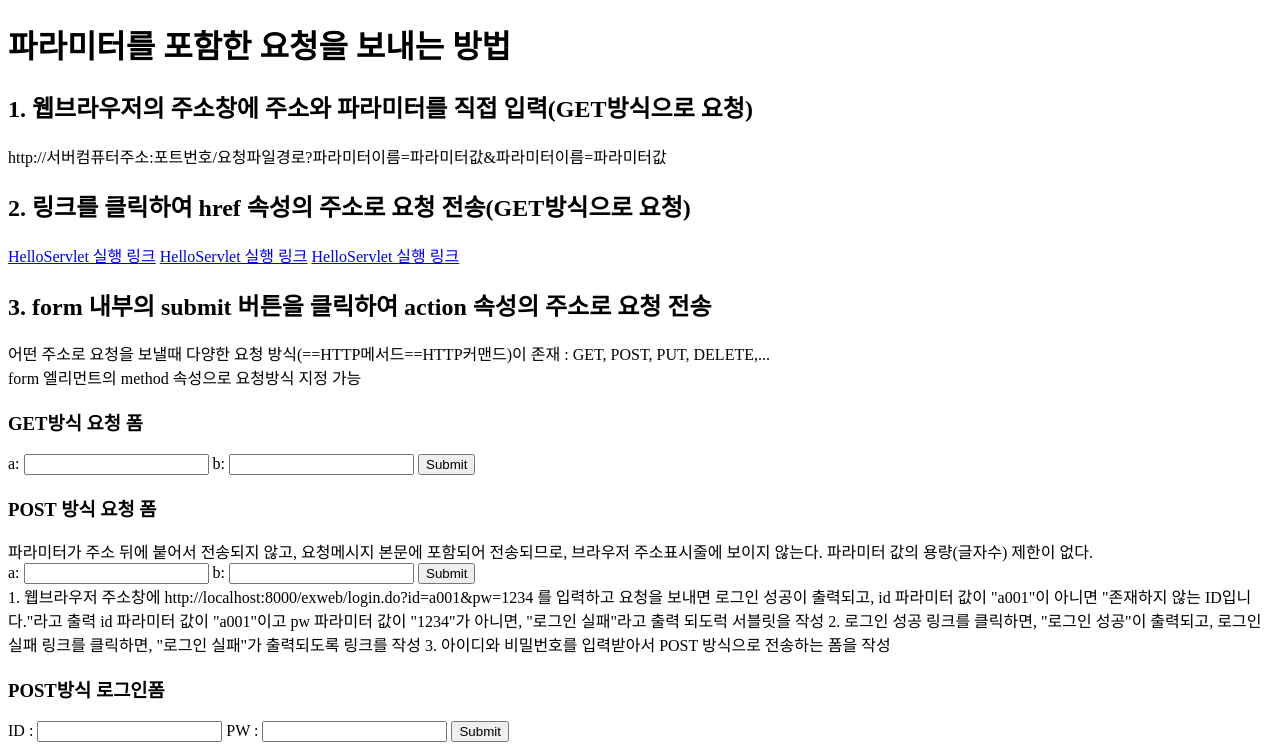
Repository: gywjd848/jeongblog
Page: workspace/exweb/WebContent/param.html
The author's editor kept a copy of each file at every save. The page is drawn from the files as they stood at one save, then again after the next save.
The browser window is 1280 px wide. The pictures show the whole page.

Above is the page before, as saved 2020-05-15 05:50:10.

### workspace/exweb/WebContent/param.html
<!DOCTYPE html>
<html>
<head>
<meta charset="UTF-8">
<title>파라미터 테스트</title>
</head>
<body>
	<h1>파라미터를 포함한 요청을 보내는 방법</h1>
	<h2>1. 웹브라우저의 주소창에 주소와 파라미터를 직접 입력(GET방식으로 요청)</h2>
	<div>http://서버컴퓨터주소:포트번호/요청파일경로?파라미터이름=파라미터값&파라미터이름=파라미터값</div>
	<h2>2. 링크를 클릭하여 href 속성의 주소로 요청 전송(GET방식으로 요청)</h2>
	<div>
		<a href="http://localhost:8000/exweb/hello.do?a=hello&b=포로리">HelloServlet 실행 링크</a>
		<a href="/exweb/hello.do?a=hello&b=포로리">HelloServlet 실행 링크</a>
		<a href="hello.do?a=hello&b=포로리">HelloServlet 실행 링크</a>
	</div>
	<h2>3. form 내부의 submit 버튼을 클릭하여 action 속성의 주소로 요청 전송</h2>
	<div>어떤 주소로 요청을 보낼때  다양한 요청 방식(==HTTP메서드==HTTP커맨드)이 존재 : GET, POST, PUT, DELETE,...</div>
	<div>form 엘리먼트의 method 속성으로 요청방식 지정 가능</div>
	<h3>GET방식 요청 폼</h3>
	<form action="http://localhost:8000/exweb/hello.do" method="get">
		a: <input type="text" name="a"/>
		b: <input type="text" name="b"/>
		<input type="submit" />
	</form>
	<h3>POST 방식 요청 폼</h3>
	<div>파라미터가 주소 뒤에 붙어서 전송되지 않고,
		 요청메시지 본문에 포함되어 전송되므로,
		 브라우저 주소표시줄에 보이지 않는다.
		 파라미터 값의 용량(글자수) 제한이 없다.</div>
	<form action="http://localhost:8000/exweb/hello.do" method="post">
		a: <input type="text" name="a"/>
		b: <input type="text" name="b"/>
		<input type="submit" />
	</form>
	<div>
		1. 웹브라우저 주소창에
		http://localhost:8000/exweb/login.do?id=a001&pw=1234
		를 입력하고 요청을 보내면 로그인 성공이 출력되고,
		id 파라미터 값이 "a001"이 아니면 "존재하지 않는 ID입니다."라고 출력
		id 파라미터 값이 "a001"이고 pw 파라미터 값이 "1234"가 아니면,
		"로그인 실패"라고 출력 되도럭 서블릿을 작성
		2.
		로그인 성공 링크를 클릭하면, "로그인 성공"이 출력되고,
		로그인 실패 링크를 클릭하면, "로그인 실패"가 출력되도록 링크를 작성
		3.
		아이디와 비밀번호를 입력받아서 POST 방식으로 전송하는 폼을 작성
	</div>
	<h3>POST방식 로그인폼</h3>
	<form action="http://localhost:8000/exweb/login.do" method="post">
		ID : <input type="text" name="id" />
		PW : <input type="text" name="pw" />
		<input type="submit" />

	</form>
	</body>
</html>

After the next save:
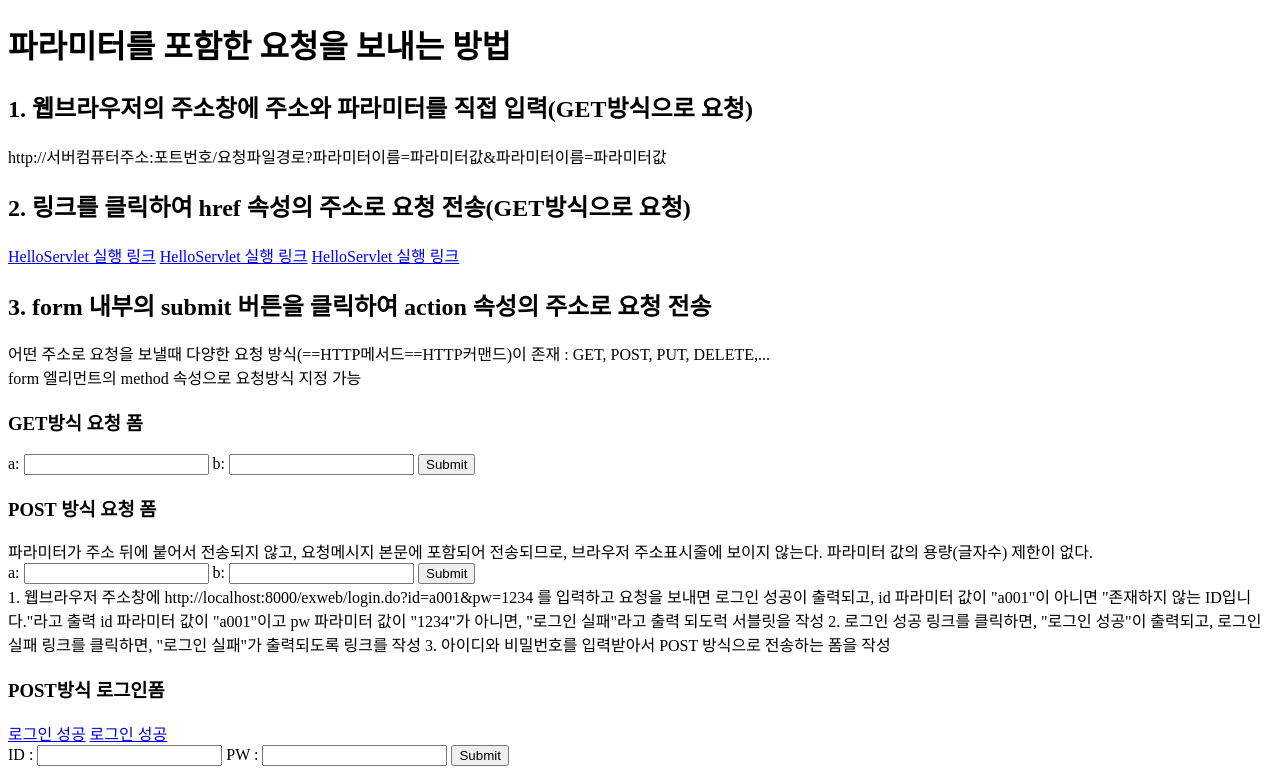
Saved 2 min 11 s later.
--- a/workspace/exweb/WebContent/param.html
+++ b/workspace/exweb/WebContent/param.html
@@ -47,6 +47,10 @@
 		아이디와 비밀번호를 입력받아서 POST 방식으로 전송하는 폼을 작성
 	</div>
 	<h3>POST방식 로그인폼</h3>
+	<div>
+	<a href="http://localhost:8000/exweb/login.do?id=a001&pw=1234">로그인 성공<a>
+	<a href="http://localhost:8000/exweb/login.do?id=a001&pw=1235">로그인 성공<a>
+	</div>
 	<form action="http://localhost:8000/exweb/login.do" method="post">
 		ID : <input type="text" name="id" />
 		PW : <input type="text" name="pw" />
